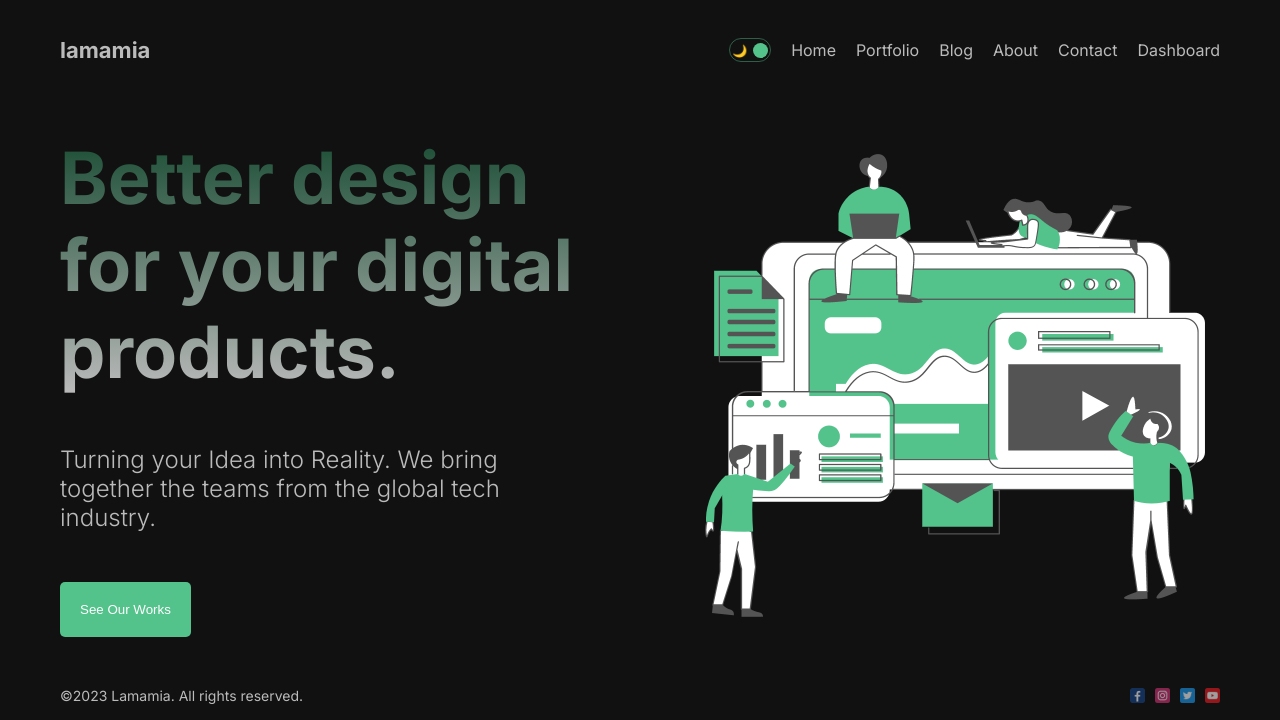
Repository: Its-Atul/Nextjs-test
Page: /
The author's editor kept a copy of each file at every save. The page is drawn from the files as they stood at one save, then again after the next save.
The browser window is 1280 px wide. The pictures show the whole page.
The page's requests for data from a server got no answer. The project was rebuilt for these pictures with package versions that can differ from the ones it lists, and the page was loaded fresh each time. The framework's server and built-in components were replaced by stand-ins that run in the browser. No one was signed in, and anything a server would have sent is missing. Also part of the build but not shown: next.config.js.

Above is the page before, as saved 2023-06-27 16:09:03.

After the next save:
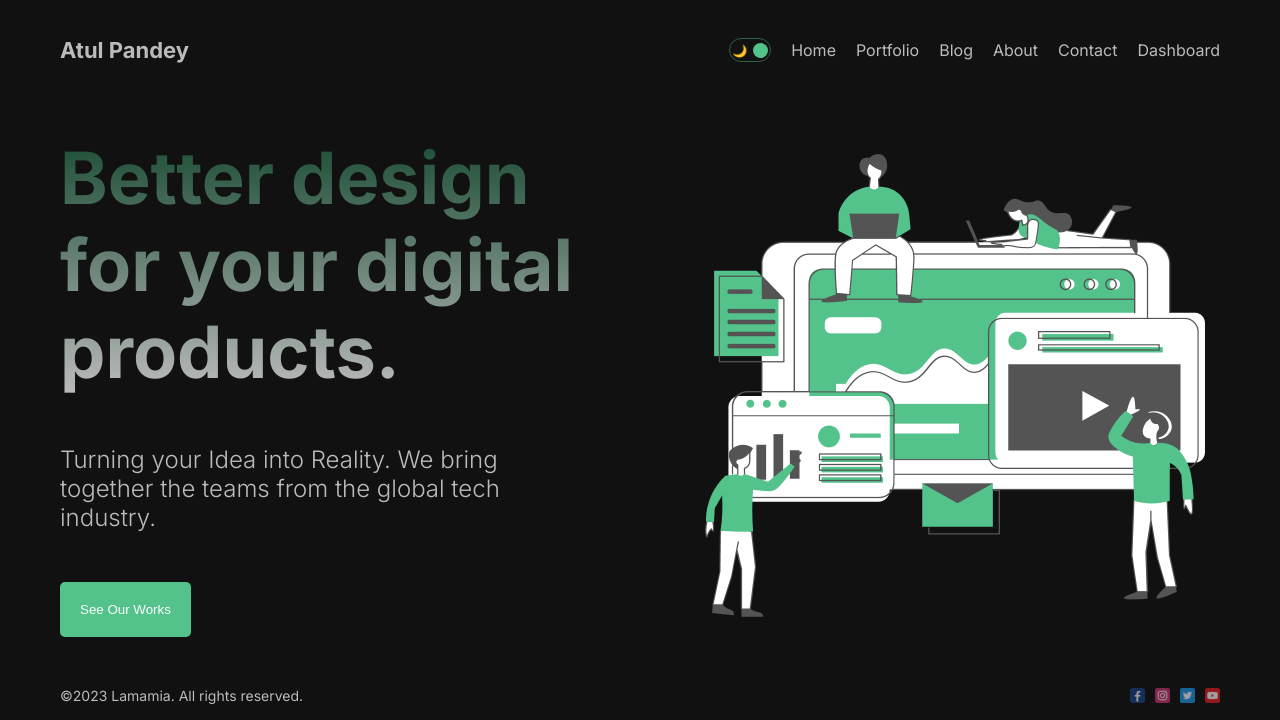
Saved 757 days later.
--- a/src/components/navbar/Navbar.jsx
+++ b/src/components/navbar/Navbar.jsx
@@ -45,7 +45,7 @@ const Navbar = () => {
   return (
     <div className={styles.container}>
       <Link href="/" className={styles.logo}>
-        lamamia
+        Atul Pandey
       </Link>
       <div className={styles.links}>
         <DarkModeToggle />
